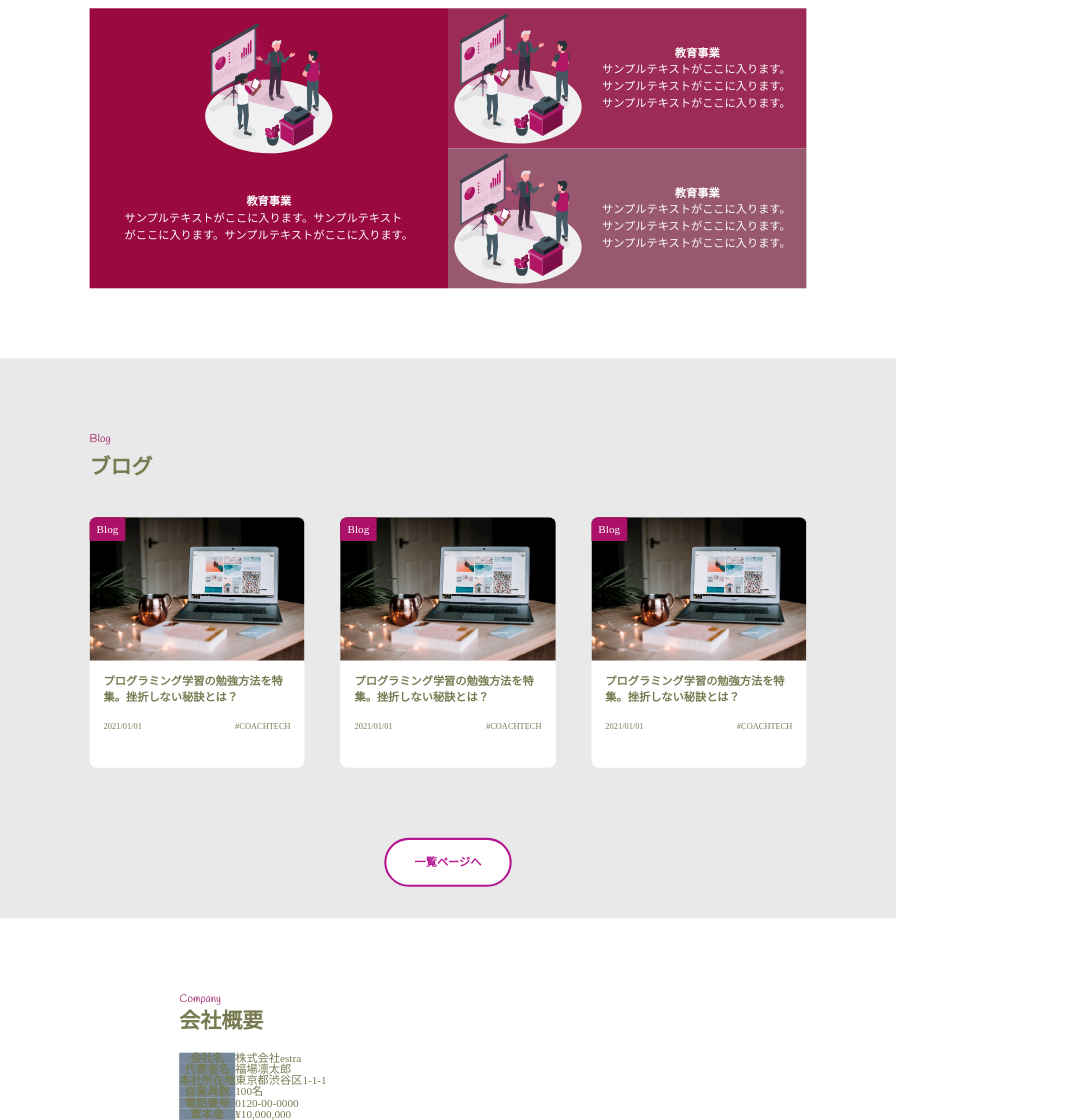
Repository: masanarimiura/20220504miura
Page: index.html
An editor plug-in stored every save of this project. The page is shown before and after the next save, followed by the edit.
The browser window is 1280 px wide. The page is 1536 px wide, so the pictures cover 1536 px, including what lies to the right of the window. The pictures show the part of the page from y = 1907 to 3507 px (the page is 3507 px tall), at 70% of full size.
Some web fonts or font styles are not loaded; a fallback is used.

Above is the page before, as saved 2022-05-05 00:56:29.

### index.html
<!DOCTYPE html>
<html lang="ja">

<head>
  <meta charset="UTF-8">
  <meta http-equiv="X-UA-Compatible" content="IE=edge">
  <meta name="viewport" content="width=device-width, initial-scale=1.0">
  <title>20220504miura</title>
  <link rel="stylesheet" href="css/reset.css">
  <link rel="stylesheet" href="css/style.css">
  <link rel="preconnect" href="https://fonts.googleapis.com">
  <link rel="preconnect" href="https://fonts.gstatic.com" crossorigin>
  <link href="https://fonts.googleapis.com/css2?family=Gochi+Hand&display=swap" rel="stylesheet">
  <link rel="preconnect" href="https://fonts.googleapis.com">
  <link rel="preconnect" href="https://fonts.gstatic.com" crossorigin>
  <link href="https://fonts.googleapis.com/css2?family=Handlee&display=swap" rel="stylesheet">
</head>

<header class="header">
  <div class="header-inner">
    <div class="header-logo">
      <a href="">ssssssss
        <img src="img/estra_logo.png" alt="">
      </a>
    </div>
    <nav class="header-nav">
      <ul class="header-nav-list">
        <li class="header-nav-item"><a href="" class="header-nav-link">
            News
          </a></li>
        <li class="header-nav-item"><a href="" class="header-nav-link">
            About
          </a></li>
        <li class="header-nav-item"><a href="" class="header-nav-link">
            Service
          </a></li>
        <li class="header-nav-item"><a href="" class="header-nav-link">
            Blog
          </a></li>
        <li class="header-nav-item"><a href="" class="header-nav-link">
            Company
          </a></li>
        <li class="header-nav-item"><a href="" class="header-nav-link">
            Contact
          </a></li>
      </ul>
    </nav>
  </div>
</header>
<div class="firstview">
  <img src="img/firstview.jpg" alt="">
  <div class="firstview-inner">
    <h2 class="firstview-ttl">
      Commit to the <span class="firstview-text-emphasis">growth</span> <br>for everone
    </h2>
    <div class="firstview">
      <p class="firstview-text">
        全ての人の<span class="firstview-text-emphasis">成長</span>にコミットする
      </p>
      <p class="firstview-en">
        Educational Technology Company <br>estra inc 2019
      </p>
    </div>
  </div>
</div>
<div class="news">
  <p class="news-icon icon">News</p>
  <h2 class="news-ttl">新着情報
  </h2>
  <table class="news-table">
    <tr class="news-table-tr">
      <td class="news-table-date">2021/01/01</td>
      <td class="news-table-news">ニュース</td>
      <td class="news-table-text">COACHTECHのサービスが開始されました。</td>
    </tr>
    <tr class="news-table-tr">
      <td class="news-table-date">2021/01/01</td>
      <td class="news-table-news">ニュース</td>
      <td class="news-table-text">COACHTECHのサービスが開始されました。</td>
    </tr>
    <tr class="news-table-tr">
      <td class="news-table-date">2021/01/01</td>
      <td class="news-table-news">ニュース</td>
      <td class="news-table-text">COACHTECHのサービスが開始されました。</td>
    </tr>
    <tr class="news-table-tr">
      <td class="news-table-date">2021/01/01</td>
      <td class="news-table-news">ニュース</td>
      <td class="news-table-text">COACHTECHのサービスが開始されました。</td>
    </tr>
    <tr class="news-table-tr">
      <td class="news-table-date">2021/01/01</td>
      <td class="news-table-news">ニュース</td>
      <td class="news-table-text">COACHTECHのサービスが開始されました。</td>
    </tr>
  </table>
</div>
<div class="about">
  <div class="about-top">
    <div class="about-icon icon">About</div>
    <h2 class="about-ttl">Technology x Coaching</h2>
  </div>
  <div class="about-inner">
    <div class="about-text">
      <p class="about-text-content">
        株式会社estraはデジタル化が遅れている教育業界に最新テクノロジーを導入することによって教育のDXを実現します。　<br><br>
        独自のオペレーションとコーチングを融合した新しい教育の仕組みにより、一人ひとりに合わせた最適な教育を提供します。
      </p>
    </div>
    <img src="img/about.jpg" alt="">
  </div>
</div>
<div class="service">
  <div class="service-top">
    <div class="service-icon icon">Service</div>
    <h2 class="service-ttl">サービス内容</h2>
  </div>
  <div class="service-box">
    <div class="service-box1">
      <img src="img/service__first.svg" alt="" class="service-img">
      <div class="service-explain1">
        <h3 class="service-box-ttl1">教育事業</h3>
        <p class="service-box-text1">サンプルテキストがここに入ります。サンプルテキストがここに入ります。サンプルテキストがここに入ります。</p>
      </div>
    </div>
    <div class="service-box2">
      <img src="img/service__first.svg" alt="" class="service-img">
      <div class="service-explain2">
        <h3 class="service-box-ttl2">教育事業</h3>
        <p class="service-box-text2">サンプルテキストがここに入ります。サンプルテキストがここに入ります。サンプルテキストがここに入ります。</p>
      </div>
    </div>
    <div class="service-box3">
      <img src="img/service__first.svg" alt="" class="service-img">
      <div class="service-explain2">
        <h3 class="service-box-ttl3">教育事業</h3>
        <p class="service-box-text3">サンプルテキストがここに入ります。サンプルテキストがここに入ります。サンプルテキストがここに入ります。</p>
      </div>
    </div>
  </div>
</div>
<div class="blog">
  <div class="blog-top">
    <div class="blog-icon icon">Blog</div>
    <h2 class="blog-ttl">ブログ</h2>
  </div>
  <div class="blog-main">
    <div class="blog-card">
      <img src="img/blog__first.jpg" alt="">
      <div class="blog-noti">Blog</div>
      <div class="blog-text">
        <p class="blog-text-content">プログラミング学習の勉強方法を特集。挫折しない秘訣とは？</p>
        <div class="blog-last">
          <div class="blog-date">2021/01/01</div>
          <div class="blog-tag">#COACHTECH</div>
        </div>
      </div>
    </div>
    <div class="blog-card">
      <img src="img/blog__first.jpg" alt="">
      <div class="blog-noti">Blog</div>
      <div class="blog-text">
        <p class="blog-text-content">プログラミング学習の勉強方法を特集。挫折しない秘訣とは？</p>
        <div class="blog-last">
          <div class="blog-date">2021/01/01</div>
          <div class="blog-tag">#COACHTECH</div>
        </div>
      </div>
    </div>
    <div class="blog-card">
      <img src="img/blog__first.jpg" alt="">
      <div class="blog-noti">Blog</div>
      <div class="blog-text">
        <p class="blog-text-content">プログラミング学習の勉強方法を特集。挫折しない秘訣とは？</p>
        <div class="blog-last">
          <div class="blog-date">2021/01/01</div>
          <div class="blog-tag">#COACHTECH</div>
        </div>
      </div>
    </div>
  </div>
  <div class="blog-btn">
    <a href="http://" class="blog-link">一覧ページへ</a>
  </div>
</div>
<div class="company">
  <div class="company-top">
    <div class="company-icon icon">Company</div>
    <div class="company-ttl">会社概要</div>
  </div>
  <table class="company-table">
    <tr class="company-tr">
      <th>会社名</th>
      <td>株式会社estra</td>
    </tr>
    <tr class="company-tr">
      <th>代表者名</th>
      <td>福場凛太郎</td>
    </tr>
    <tr class="company-tr">
      <th>本社所在地</th>
      <td>東京都渋谷区1-1-1</td>
    </tr>
    <tr class="company-tr">
      <th>従業員数</th>
      <td>100名</td>
    </tr>
    <tr class="company-tr">
      <th>電話番号</th>
      <td>0120-00-0000</td>
    </tr>
    <tr class="company-tr">
      <th>資本金</th>
      <td>&yen10,000,000</td>
    </tr>
  </table>
</div>

<body>

</body>

</html>

### css/style.css
* {
  color: rgb(120, 123, 82);
}
a {
  text-decoration: none;
  color: inherit;
}
.header {
  width: 100%;
}
.header-inner {
  display: flex;
  justify-content: space-between;
  margin: 10px 20px;
}
.header img {
  width: 100px;
}
.header-nav {
  margin: 10px 20px;
}
.header-nav-list {
  display: flex;
  justify-content: center;
}
.header-nav-item:not(:last-child) {
  padding-right: 20px;
}
.firstview {
  width: 100%;
  position: relative;
}
.firstview-inner {
  position: absolute;
  top: 20%;
  left: 20%;
  width: 100%;
}
.firstview img {
  width: 60%;
  margin: 0 0 0 auto;
  display: block;
}
.firstview-ttl {
  color: rgb(119, 21, 70);
  font-size: 50px;
  font-family: "Gochi Hand", cursive;
  line-height: 1.5;
}
.firstview-text {
  color: rgb(119, 21, 70);
  font-size: 20px;
  margin-top: 30px;
}
.firstview-en {
  line-height: 1.5;
  margin-top: 10px;
}
.firstview-text-emphasis {
  color: rgb(32, 134, 172);
  font-weight: bold;
}
.news {
  margin: 100px auto 0;
  width: 60%;
}
.icon {
  color: rgb(153, 21, 92);
  font-family: "Handlee", cursive;
  line-height: 2;
}
.news-ttl {
  font-size: 30px;
  color: rgb(114, 110, 95);
}
.news-table {
  align-items: center;
  border-top: 2px solid rgb(114, 110, 95);
  border-bottom: 2px solid rgb(114, 110, 95);
  margin-top: 20px;
}
.news-table-tr {
  border-bottom: 1px solid rgb(182, 177, 160);
  padding: 30px 0;
}
.news-table-tr td {
  padding: 20px 20px 20px 0;
}
.news-table-news {
  background-color: brown;
  display: inline-block;
  padding: 1px 1px;
  border-radius: 6px;
  margin: 0 0;
  text-align: center;
  align-items: center;
  color: #fff;
}
.about {
  width: 100%;
  background-color: rgb(233, 233, 233);
  margin-top: 100px;
  line-height: 1.5;
  height: 500px;
  padding: 50px 0 20px;
}
.about-top {
  text-align: center;
  margin: 20px;
}
.about-ttl {
  font-size: 30px;
  margin-bottom: 50px;
}
.about-inner {
  display: flex;
  justify-content: space-around;
}
.about-text {
  width: 30%;
}
.about-inner img {
  width: 30%;
}
.service {
  width: 80%;
  margin: 100px auto 0;
}
.service-top {
  margin-bottom: 50px;
}
.service-ttl {
  font-size: 30px;
}
.service-box {
  display: grid;
  grid-template-rows: 50% 50%;
  grid-template-columns: 50% 50%;
}
.service-box1 img,
.service-box2 img,
.service-box3 img {
  width: 200px;
  display: inline-block;
}
.service-box1 img {
  margin: 0 auto;
}
.service-box-ttl1,
.service-box-ttl2,
.service-box-ttl3,
.service-box-text1,
.service-box-text2,
.service-box-text3 {
  color: #fff;
}
.service-box-ttl1,
.service-box-ttl2,
.service-box-ttl3 {
  text-align: center;
}
.service-box1 {
  grid-column: 1/2;
  grid-row: 1/3;
  background-color: rgb(155, 10, 63);
  width: 100%;
  display: flex;
  flex-direction: column;
  justify-content: center;
}
.service-explain1 {
  line-height: 1.5;
  margin: 50px;
}
.service-box2 {
  grid-column: 2/3;
  grid-row: 1/2;
  background-color: rgb(156, 44, 85);
  width: 100%;
  display: flex;
  align-items: center;
}
.service-explain2 {
  line-height: 1.5;
  margin: 50px 20px;
}
.service-box3 {
  grid-column: 2/3;
  grid-row: 2/3;
  background-color: rgb(152, 89, 112);
  width: 100%;
  display: flex;
  align-items: center;
}
.service-explain3 {
  line-height: 1.5;
  margin: 50px 20px;
}
.blog {
  width: 100%;
  background-color: rgb(233, 233, 233);
  margin: 100px auto 0;
  line-height: 1.5;
  height: 700px;
  padding: 100px 0 0px;
}
.blog-top {
  width: 80%;
  margin: 0px auto auto;
}
.blog-ttl {
  font-size: 30px;
}
.blog-main {
  margin: 50px 10% auto;
  display: flex;
  justify-content: space-between;
}
.blog-card {
  width: 30%;
  border-radius: 10px;
  position: relative;
  background: #fff;
}
.blog-card img {
  width: 100%;
  border-radius: 10px 10px 0 0;
}
.blog-noti {
  position: absolute;
  top: 0;
  left: 0;
  background-color: rgb(172, 17, 105);
  color: #fff;
  padding: 5px 10px;
  border-radius: 10px 0 0 0;
}
.blog-text {
  padding: 10px 20px;
}
.blog-text-content {
  font-weight: bold;
}
.blog-last {
  margin: 20px 0;
  padding-bottom: 20px;
  display: flex;
  justify-content: space-between;
  font-size: 12px;
}
.blog-btn {
  display: flex;
  justify-content: center;
  margin: 100px;
}
.blog-link {
  background-color: #fff;
  padding: 20px 40px;
  border: 3px solid rgb(182, 23, 145);
  border-radius: 50px;
  font-weight: bold;
  color: rgb(182, 23, 145);
}
.company {
  width: 60%;
  margin: 100px auto 0;
}
.company-ttl {
  font-size: 30px;
  font-weight: bold;
}
.company-table {
  margin: 30px 0 0;
}
.company-tr th {
  background-color: lightslategray;
}
.company-tr td {
}

Loaded but not shown: css/reset.css (common file)

After the next save:
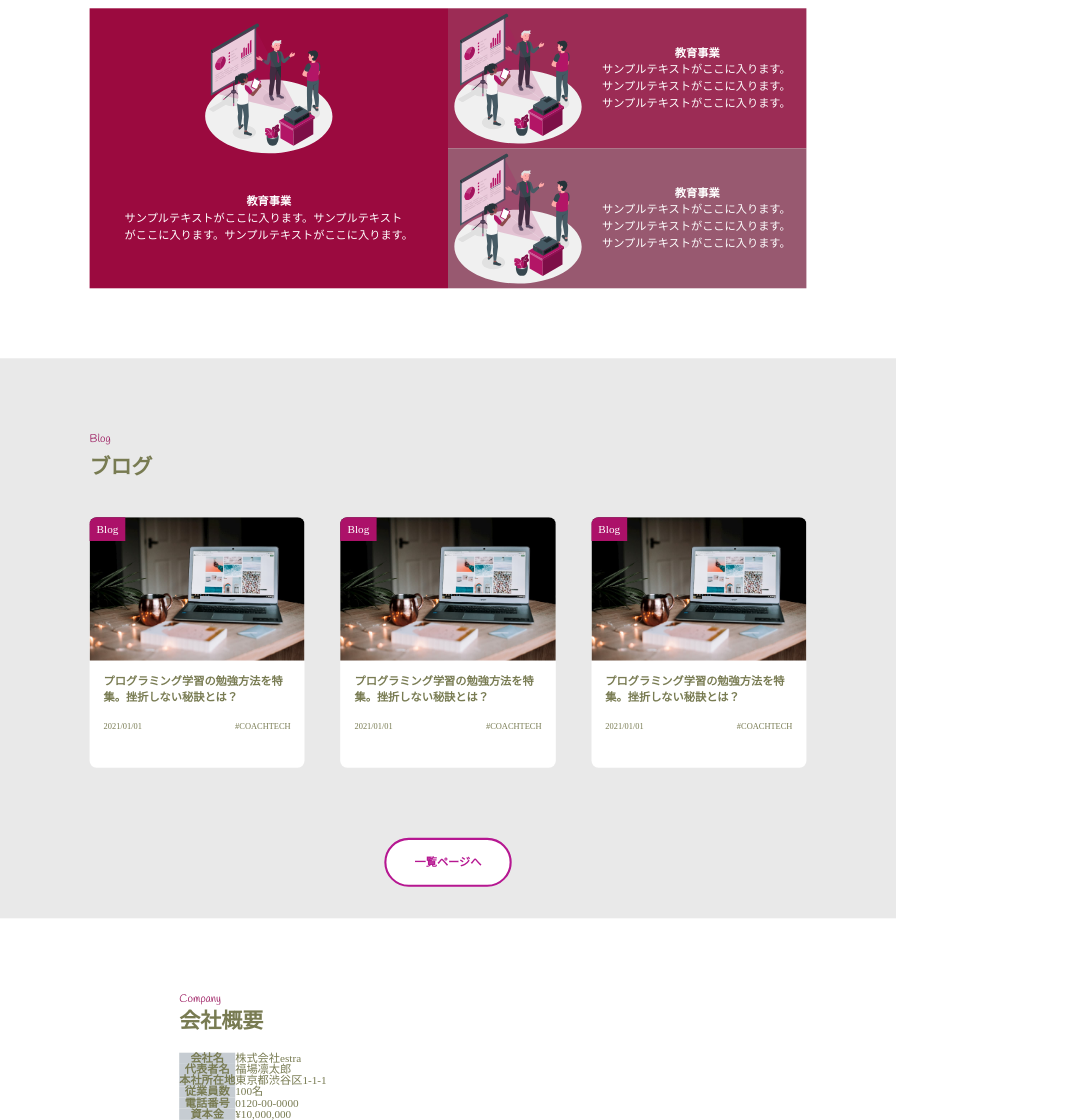
Saved 15 s later.
--- a/css/style.css
+++ b/css/style.css
@@ -273,7 +273,7 @@ a {
   margin: 30px 0 0;
 }
 .company-tr th {
-  background-color: lightslategray;
+  background-color: rgb(198, 204, 210);
 }
 .company-tr td {
 }
